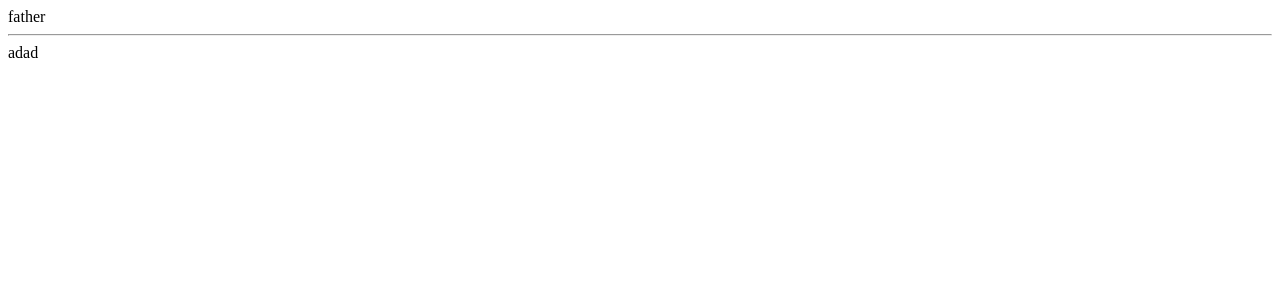
Repository: WanYouwen/react_study_code
Page: day02/03-父子组件通信/test.html
An editor plug-in stored every save of this project. The page is shown before and after the next save, followed by the edit.
The browser window is 1280 px wide. The pictures show the whole page.

Above is the page before, as saved 2020-08-12 14:39:19.

### day02/03-父子组件通信/test.html
<!DOCTYPE html>
<html lang="en">
  <head>
    <meta charset="UTF-8" />
    <meta name="viewport" content="width=device-width, initial-scale=1.0" />
    <title>Document</title>
  </head>
  <body>
    <div id="app"></div>
  </body>
  <script src="../../base/react.min.js"></script>
  <script src="../../base/react-dom.min.js"></script>
  <script src="../../base/browser.min.js"></script>

  <script type="text/babel">
    let Father = React.createClass({
      getInitialState() {
        return {
          name: 'zhangsan',
        };
      },
      nameChange() {
        this.setState({
          name: 'lisi~~~~~',
        });
      },
      render() {
        let { name } = this.state;
        return (
          <div>
            father
            <hr />
            {/**
              <Son name={name} fn={this.nameChange('ddd')}></Son>
              */}
            <Son
              name={name}
              fn={(name) => {
                this.setState({
                  name: 'wangyibo',
                });
              }}
            />
          </div>
        );
      },
    });

    // var Son = React.createClass({
    //   render() {
    //     let { name, fn } = this.props;
    //     return (
    //       <div>
    //         <button onClick={fn}>换名</button>
    //         son的名字： {name}
    //       </div>
    //     );
    //   },
    // });
    var Son = React.createClass({
      render() {
        console.log(this.props, 'props');
        return <div>adad</div>;
      },
    });

    ReactDOM.render(<Father />, app);
  </script>
</html>

Loaded but not shown: base/react.min.js (library); base/react-dom.min.js (library); base/browser.min.js (library)

After the next save:
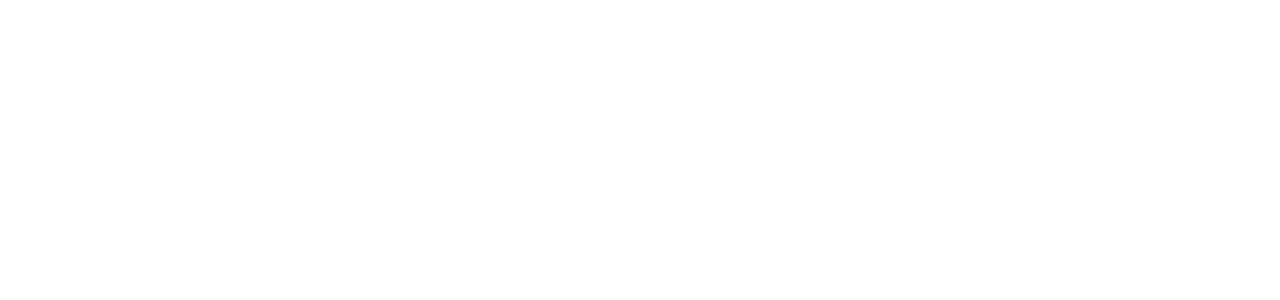
Console error: ReferenceError: fn is not defined
Saved 19 s later.
--- a/day02/03-父子组件通信/test.html
+++ b/day02/03-父子组件通信/test.html
@@ -60,7 +60,12 @@
     var Son = React.createClass({
       render() {
         console.log(this.props, 'props');
-        return <div>adad</div>;
+        return (
+          <div>
+            adad
+            <button onClick={fn}>换名</button>
+          </div>
+        );
       },
     });
 

After the 2 saves that followed:
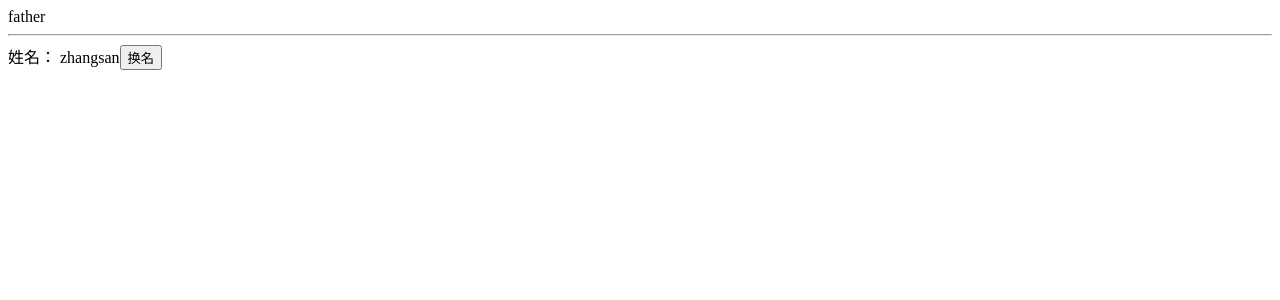
The error is gone.
The 2 saves are shown as one change because 1 left the picture as it was.
The last was saved 53 s later.
--- a/day02/03-父子组件通信/test.html
+++ b/day02/03-父子组件通信/test.html
@@ -60,9 +60,10 @@
     var Son = React.createClass({
       render() {
         console.log(this.props, 'props');
+        let { fn, name } = this.props;
         return (
           <div>
-            adad
+            姓名： {this.props.name}
             <button onClick={fn}>换名</button>
           </div>
         );
